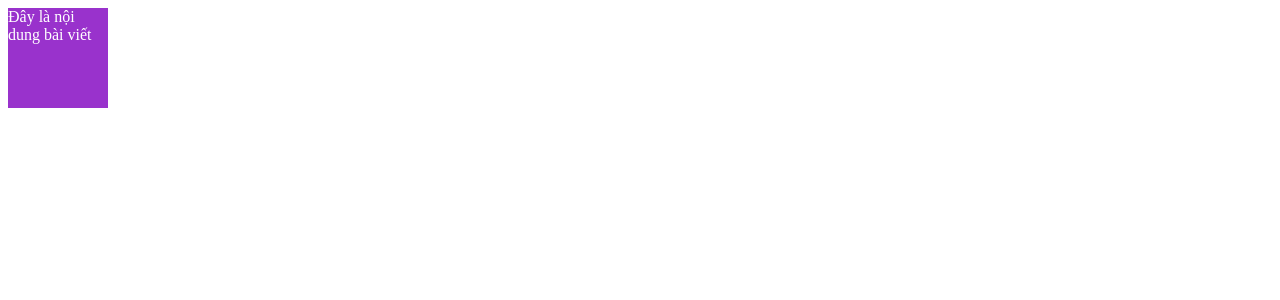
Repository: critdang/electro_store
Page: javascript_project/HTML &CSS practice/index.html
An editor plug-in stored every save of this project. The page is shown before and after the next save, followed by the edit.
The browser window is 1280 px wide. The pictures show the whole page.

Above is the page before, as saved 2021-10-01 22:21:09.

### javascript_project/HTML &CSS practice/index.html
<!DOCTYPE html>
<html lang="en">
    <head>
        <meta charset="UTF-8">
        <meta http-equiv="X-UA-Compatible" content="IE=edge">
        <meta name="viewport" content="width=device-width, initial-scale=1.0">
        <title>Document</title>
        <style>
            .box{
                width:100px;
                height:100px;
                color: #fff;
                display: flex;
                background-color: darkorchid;
            }

        </style>
    </head>
    <body>
        <div class="box">
            Đây là nội dung bài viết
        </div>
    </body>
</html>

After the next save:
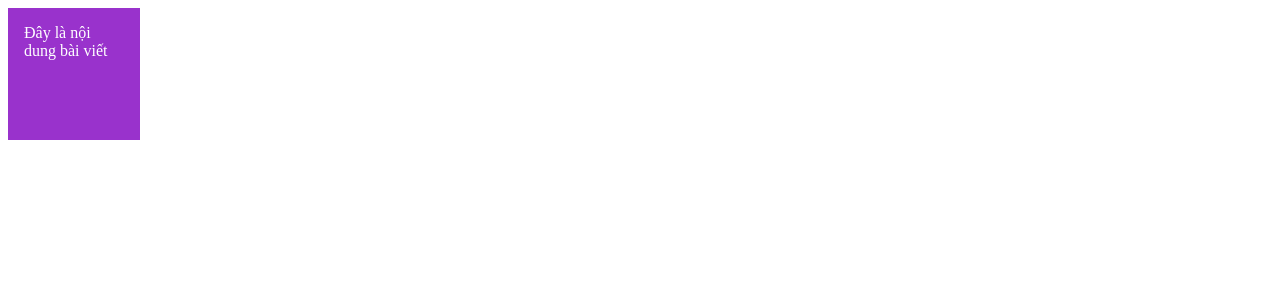
Saved 39 s later.
--- a/javascript_project/HTML &CSS practice/index.html
+++ b/javascript_project/HTML &CSS practice/index.html
@@ -12,6 +12,7 @@
                 color: #fff;
                 display: flex;
                 background-color: darkorchid;
+                padding: 16px;
             }
 
         </style>
